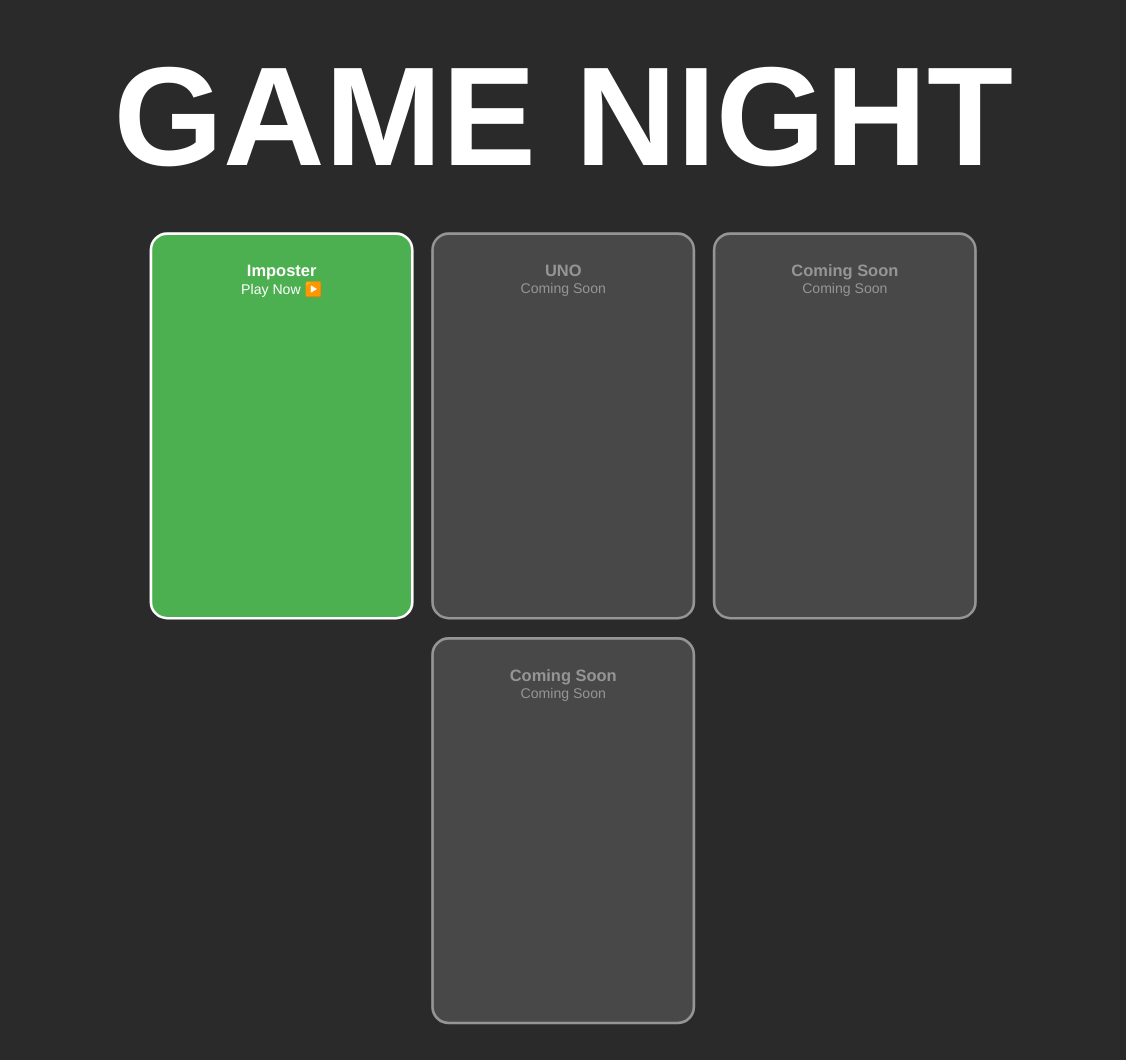
Repository: nfemmanuel/game-night-app
Page: /
The author's editor kept a copy of each file at every save. The page is drawn from the files as they stood at one save, then again after the next save.
The browser window is 1280 px wide. The pictures show the whole page, at 88% of full size.
The project was rebuilt for these pictures with package versions that can differ from the ones it lists, and the page was loaded fresh each time.

Above is the page before, as saved 2025-12-31 16:28:09.

### src/App.js
import './styles/global.css';
import GameCard from './components/GameCard';

function App() {
  const handleClick = (gameName) => {
    alert(`Getting ready to play ${gameName}!`);
  };

  return (
    <div style={{ padding: '40px', textAlign: 'center' }}>
      <h1 style={{ fontSize: '10rem' }}>GAME NIGHT</h1>

      <div style={{
        display: 'flex',
        gap: '20px',
        justifyContent: 'center',
        marginTop: '40px',
        flexWrap: 'wrap'
      }}>
        <GameCard
          name="Imposter"
          available={true}
          onClick={() => handleClick("Imposter")}
        />
        <GameCard
          name="UNO"
          available={false}
          onClick={() => handleClick("UNO")}
        />
        <GameCard
          name="Coming Soon"
          available={false}
          onClick={() => { }}
        />
        <GameCard
          name="Coming Soon"
          available={false}
          onClick={() => { }}
        />
      </div>
    </div>
  );
}

export default App;

### src/styles/global.css
* {
    margin: 0;
    padding: 0;
    box-sizing: border-box;
}

body {
    font-family: 'Helvetica Neue', 'Arial', sans-serif;
    background-color: rgb(42, 42, 42);
    color: white;
    overflow: hidden;
}

button {
    cursor: pointer;
    border: none;
    border-radius: 5px;
    font-family: inherit;
    font-size: 1rem;
    padding: 10px 20px;
}

### src/components/GameCard.jsx
import styles from './GameCard.module.css';

function GameCard({ name, available, onClick }) {
    // Combine card + available/disabled classes
    const cardClasses = `${styles.card} ${available ? styles.available : styles.disabled}`;

    return (
        <div
            className={cardClasses}
            onClick={available ? onClick : null}
        >
            <h3>{name}</h3>
            <p>{available ? 'Play Now ▶️' : 'Coming Soon'}</p>
        </div>
    );
}

export default GameCard;

### src/components/GameCard.module.css
.card {
    width: 300px;
    height: 440px;
    padding: 30px;
    border-radius: 20px;
    border: 3px solid white;
    text-align: center;
    transition: all 0.3s ease;
}

.available {
    background-color: #4CAF50;
    color: white;
    cursor: pointer;
}

.available:hover {
    transform: scale(1.05);
    box-shadow: 0 0 20px rgba(76, 175, 80, 0.6);
}

.disabled {
    background-color: #666;
    color: white;
    cursor: not-allowed;
    opacity: 0.5;
}

Loaded but not shown: public/index.html (common file); src/index.js (common file); src/index.css (common file); src/reportWebVitals.js (common file)

After the next save:
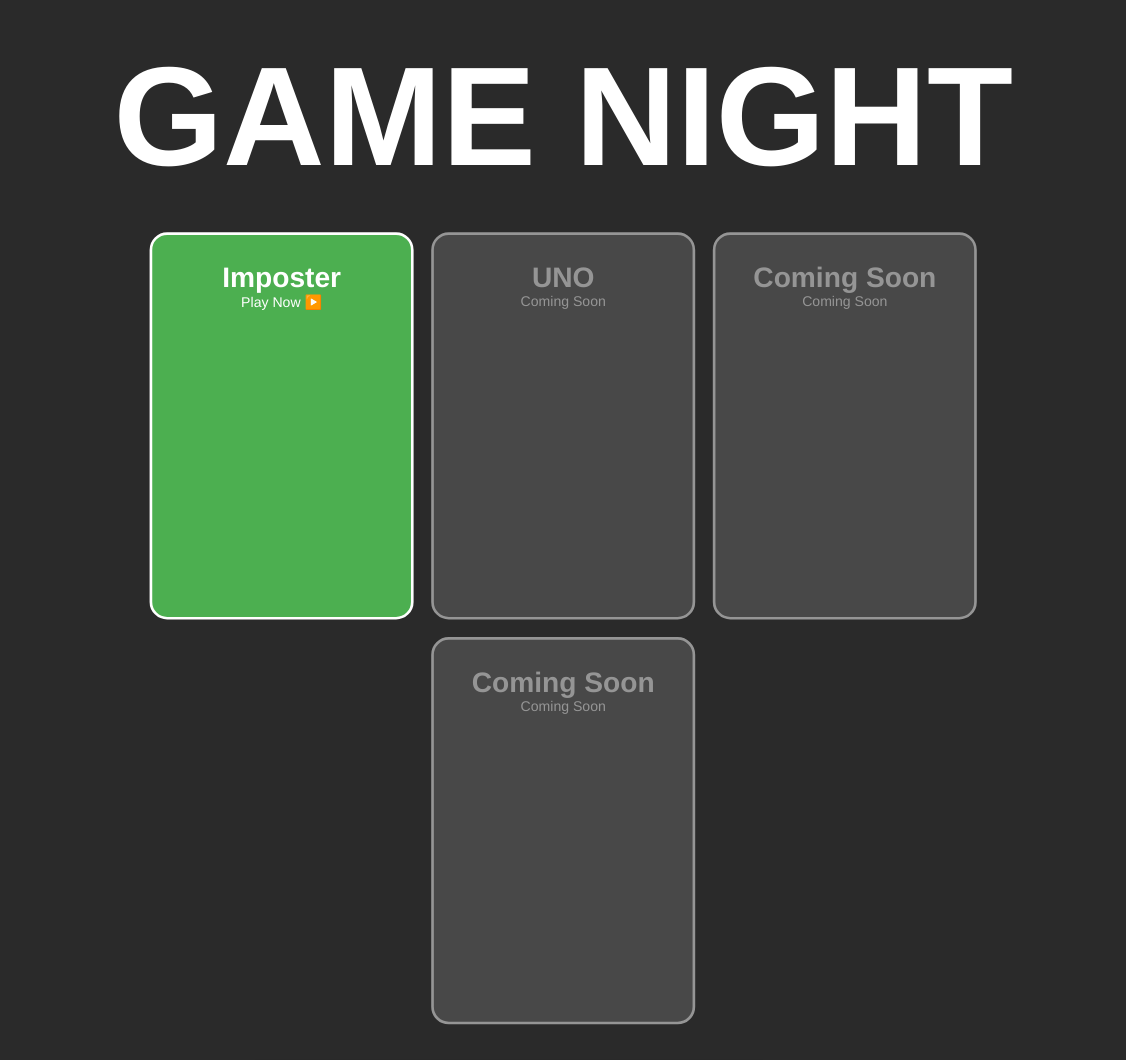
Saved 109 s later.
--- a/src/components/GameCard.jsx
+++ b/src/components/GameCard.jsx
@@ -9,7 +9,7 @@ function GameCard({ name, available, onClick }) {
             className={cardClasses}
             onClick={available ? onClick : null}
         >
-            <h3>{name}</h3>
+            <h1>{name}</h1>
             <p>{available ? 'Play Now ▶️' : 'Coming Soon'}</p>
         </div>
     );
